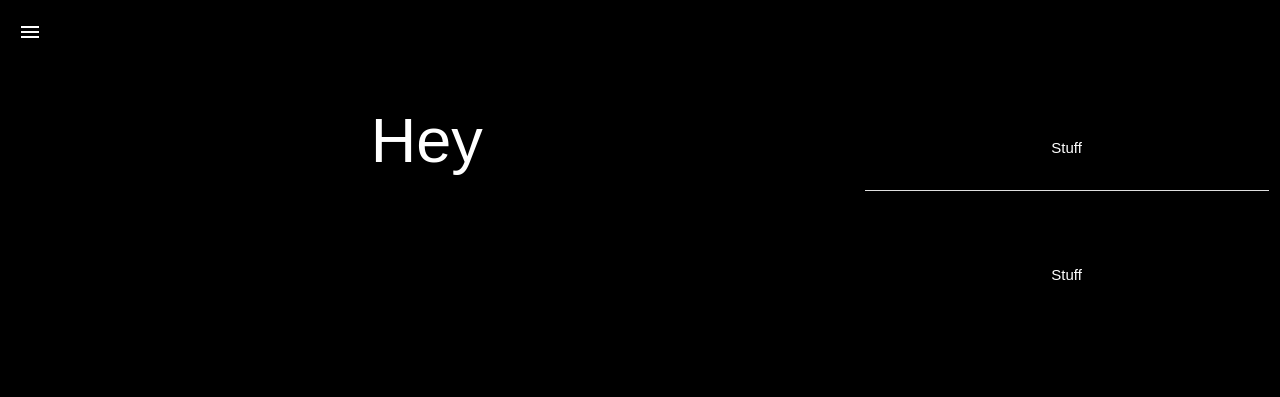
Repository: Ajtheult/final-project
Page: /cart
The author's editor kept a copy of each file at every save. The page is drawn from the files as they stood at one save, then again after the next save.
The browser window is 1280 px wide. The pictures show the whole page.
Some web fonts or font styles are not loaded; a fallback is used. Some web libraries are served in a nearby version. The project was rebuilt for these pictures with package versions that can differ from the ones it lists, and the page was loaded fresh each time. Also part of the build but not shown: src/layout/pages/LandingPage.js, src/layout/pages/About.js, src/layout/pages/catalogue/Keys.js, src/layout/pages/catalogue/String.js, src/layout/pages/catalogue/Woodwind.js, src/layout/pages/catalogue/Percussion.js, src/layout/pages/login/Login.js, src/layout/pages/login/NewSignUp.js.

Above is the page before, as saved 2020-07-23 10:18:14.

### public/index.html
<!DOCTYPE html>
<html lang="en">
  <head>
    <meta charset="utf-8" />
    <link rel="icon" type="image/png" href="favicon.png" />
    <meta name="viewport" content="width=device-width, initial-scale=1" />
    <meta name="theme-color" content="#000000" />
    <meta
      name="description"
      content="Web site created using create-react-app"
    />

    <link rel="manifest" href="%PUBLIC_URL%/manifest.json" />

    <link
      rel="stylesheet"
      href="https://fonts.googleapis.com/icon?family=Material+Icons"
    />
    <link
      rel="stylesheet"
      href="https://cdnjs.cloudflare.com/ajax/libs/animate.css/4.0.0/animate.min.css"
    />
    <link
      href="https://fonts.googleapis.com/css2?family=Gruppo&family=Qwigley&display=swap"
      rel="stylesheet"
    />

    <title>Ling Ling 40 Hours</title>
  </head>
  <body>
    <noscript>You need to enable JavaScript to run this app.</noscript>
    <div id="root"></div>
  </body>
</html>

### src/index.js
import React from "react";
import ReactDOM from "react-dom";

import "materialize-css/dist/css/materialize.min.css";

import App from "./App";

ReactDOM.render(
  <React.StrictMode>
    <App />
  </React.StrictMode>,
  document.getElementById("root")
);

### src/App.js
import React from "react";
import "./App.css";
import Navbar from "./layout/nav/Navbar";
import LandingPage from "./layout/pages/LandingPage";
import About from "./layout/pages/About";
import Keys from "./layout/pages/catalogue/Keys";
import String from "./layout/pages/catalogue/String";
import Woodwind from "./layout/pages/catalogue/Woodwind";
import Percussion from "./layout/pages/catalogue/Percussion";
import Login from "./layout/pages/login/Login";
import Cart from "./layout/pages/Cart";
import NewSignUp from "./layout/pages/login/NewSignUp";

import { BrowserRouter as Router, Switch, Route } from "react-router-dom";

function App() {
  return (
    <Router>
      <div className="App">
        <Navbar />
        <Switch>
          <Route path="/" exact component={LandingPage} />
          <Route path="/about" component={About} />
          <Route path="/login" component={Login} />
          <Route path="/cart" component={Cart} />
          <Route path="/keys" component={Keys} />
          <Route path="/string" component={String} />
          <Route path="/woodwind" component={Woodwind} />
          <Route path="/percussion" component={Percussion} />
          <Route path="/new-sign-up" component={NewSignUp} />
        </Switch>
      </div>
    </Router>
  );
}

export default App;

### src/App.css
.App {
  text-align: center;
}

/* The text colour is white thats why its not showing */

.text-nav {
  margin-left: 55%;
  font-size: 25px;
}

.a-text-nav {
  font-size: 25px;
}

.size {
  font-size: 30px;
}

img.bg {
  /* Set rules to fill background */
  min-height: 100%;
  min-width: 1024px;

  /* Set up proportionate scaling */
  width: 100%;
  height: auto;

  /* Set up positioning */
  position: fixed;
  top: 0;
  left: 0;
  z-index: -1;
}

div.admin-bg {
  /* Set rules to fill background */
  min-height: 100%;
  min-width: 1024px;

  /* Set up proportionate scaling */
  width: 100%;
  height: auto;

  /* Set up positioning */
  position: fixed;
  top: 0;
  left: 0;
  z-index: -1;
  background-color: black;
}

@media screen and (max-width: 1024px) {
  /* Specific to this particular image */
  img.bg {
    left: 50%;
    margin-left: -512px; /* 50% */
  }

  div.admin-bg {
    left: 50%;
    margin-left: -512px; /* 50% */
  }
}

h1,
p {
  color: white;
}

.myback {
  height: 220px;
  width: 300px;
}

.centered {
  position: absolute;
  top: 40%;
  left: 50%;
  transform: translate(-50%, -50%);
  font-size: 140px;
  font-family: "Qwigley", cursive;
  color: rgb(255, 255, 255);
}
/* Login-Start */
body {
  font-family: sans-serif;
  background-color: black;
  background-size: cover;
}

.sign {
  text-align: left;
  margin-left: 20px;
  font-size: 22px;
  font-family: serif;
  color: black;
}
.my_login-box {
  width: 300px;
  position: absolute;
  top: 50%;
  left: 50%;
  transform: translate(-50%, -50%);
}

.my_login-box h1 {
  font-size: 30px;
  margin-bottom: 30px;
  padding: 5px;
  font-family: Times, serif;
  color: black;
}

.my_textbox {
  width: 100%;
  overflow: hidden;
  font-size: 20px;
  padding: 8px;
  margin: 8px;
}

.my_textbox input {
  border: none;
  outline: none;
  background: none;
  color: white;
  font-size: 18px;
  width: 80%;
  float: left;
  margin: 0 10px;
}

.my_btn {
  width: 100%;
  background-color: black;
  border: 10px solid black;
  color: rgb(255, 255, 255);
  padding: 5px;
  font-size: 18px;
  cursor: pointer;
  margin: 12px;
}
/* Login-End */

.colour_of_about_text {
  color: white;
  font-size: 30px;
}

.text-colour {
  color: black;
}

.move_down {
  margin-top: 50%;
}

.card_text_colour {
  color: black;
  font-size: 18px;
  text-align: left;
}

.price {
  margin-top: -10px;
  text-align: left;
}

.cart-btn {
  margin-top: 10px;
}

.headings_popup {
  text-align: left;
}

.instrument_sections {
  color: black;
  font-family: "Qwigley", cursive;
  font-size: 80px;
  margin-top: -5px;
  text-shadow: 2px 0 0 #fff, -2px 0 0 #fff, 0 2px 0 #fff, 0 -2px 0 #fff,
    1px 1px #fff, -1px -1px 0 #fff, 1px -1px 0 #fff, -1px 1px 0 #fff;
}

.about {
  font-family: "Qwigley", cursive;
  font-size: 180px;
  color: black;
  text-shadow: 2px 0 0 #fff, -2px 0 0 #fff, 0 2px 0 #fff, 0 -2px 0 #fff,
    1px 1px #fff, -1px -1px 0 #fff, 1px -1px 0 #fff, -1px 1px 0 #fff;
}

.questions {
  font-family: "Gruppo", cursive;
}

.move_this_up {
  margin-top: -10px;
}

.move_my_products {
  margin-top: -70px;
}

.about_us_move {
  margin-left: 50%;
  margin-top: 19%;
  position: absolute;
  padding: 20px;
  transform: translate(-50%, -50%);
}

.gender_colour {
  color: black;
}

.the_container {
  width: 50%;
}

.move_this_row {
  margin-top: -80px;
}

.sign_up_head {
  font-family: "Qwigley", cursive;
  font-size: 100px;
  color: black;
  text-shadow: 2px 0 0 #fff, -2px 0 0 #fff, 0 2px 0 #fff, 0 -2px 0 #fff,
    1px 1px #fff, -1px -1px 0 #fff, 1px -1px 0 #fff, -1px 1px 0 #fff;
}

### src/layout/nav/Navbar.js
/* eslint-disable jsx-a11y/anchor-is-valid */
import React, { Component } from "react";
import M from "materialize-css/dist/js/materialize.min.js";
import "../../App.css";
import logo from "./logo.jpg";
import mybackground from "./mybackground.jpg";
import { Link } from "react-router-dom";

export class Navbar extends Component {
  componentDidMount() {
    document.addEventListener("DOMContentLoaded", function () {
      var elems = document.querySelectorAll(".sidenav");
      // eslint-disable-next-line
      var instances = M.Sidenav.init(elems, {});
    });
  }

  render() {
    return (
      <div>
        <nav>
          <div className="nav-wrapper black">
            <a
              data-target="slide-out"
              className="sidenav-trigger show-on-large"
            >
              <i className="material-icons">menu</i>
            </a>
          </div>
        </nav>
        <ul id="slide-out" className="sidenav">
          <li>
            <div className="user-view">
              <div className="background">
                <img src={mybackground} className="myback" alt="background" />
              </div>
              <a href="/">
                <img className="circle" src={logo} alt="logo" />
              </a>

              <span className="white-text name size">40 hours</span>
              <br />
            </div>
          </li>
          <Link to="/">
            <li>Home</li>
          </Link>
          <Link to="/about">
            <li>About Us</li>
          </Link>
          <li>
            <div className="divider"></div>
          </li>

          <li>
            <div className="subheader">User</div>
          </li>

          <Link to="/login">
            <li>Login</li>
          </Link>
          <Link to="/new-sign-up">
            <li>Sign up</li>
          </Link>

          <Link to="/cart">
            <li>Cart</li>
          </Link>
          <li>
            <div className="divider"></div>
          </li>

          <li>
            <div className="subheader">Catalogue</div>
          </li>

          <Link to="/keys">
            <li>Keys</li>
          </Link>
          <Link to="/string">
            <li>String</li>
          </Link>
          <Link to="/woodwind">
            <li>Woodwind</li>
          </Link>
          <Link to="/percussion">
            <li>Percussion</li>
          </Link>
          <li>
            <div className="divider"></div>
          </li>
          <li>
            <div className="subheader">My Portfolio</div>
          </li>
          <li>
            <a
              className="waves-effect"
              href="https://ajtheult.github.io/portfolio-v3/"
            >
              Asaph Franks
            </a>
          </li>
        </ul>
      </div>
    );
  }
}

export default Navbar;

### src/layout/pages/Cart.js
import React from "react";

const Cart = () => {
  return (
    <div className="">
      <div class="row">
        <div class="col s8">
          <h1>Hey</h1>
        </div>

        <div class="col s4">
          <div class="section">
            <h5>Section 1</h5>
            <p>Stuff</p>
          </div>
          <div class="divider"></div>
          <div class="section">
            <h5>Section 2</h5>
            <p>Stuff</p>
          </div>
        </div>
      </div>
    </div>
  );
};

export default Cart;

After the next save:
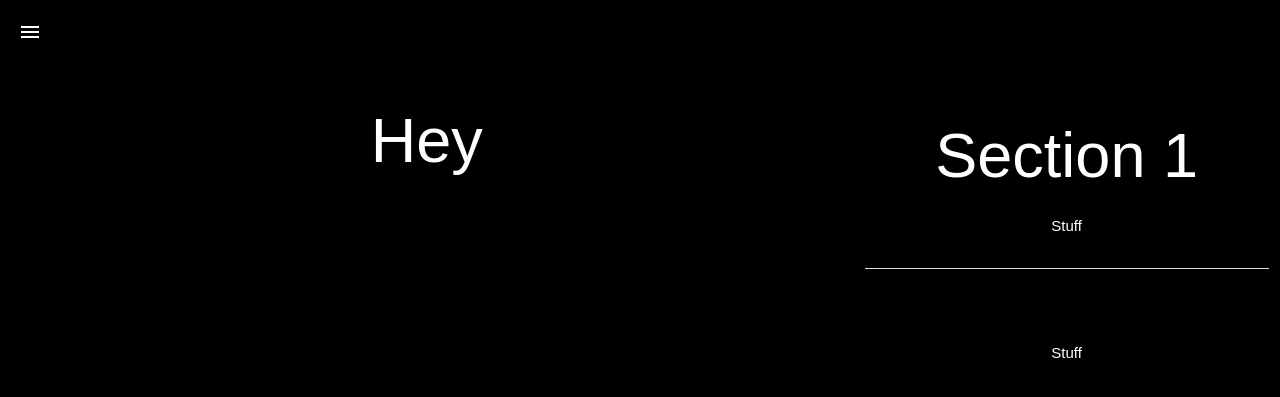
Saved 20 s later.
--- a/src/layout/pages/Cart.js
+++ b/src/layout/pages/Cart.js
@@ -10,7 +10,7 @@ const Cart = () => {
 
         <div class="col s4">
           <div class="section">
-            <h5>Section 1</h5>
+            <h1>Section 1</h1>
             <p>Stuff</p>
           </div>
           <div class="divider"></div>
